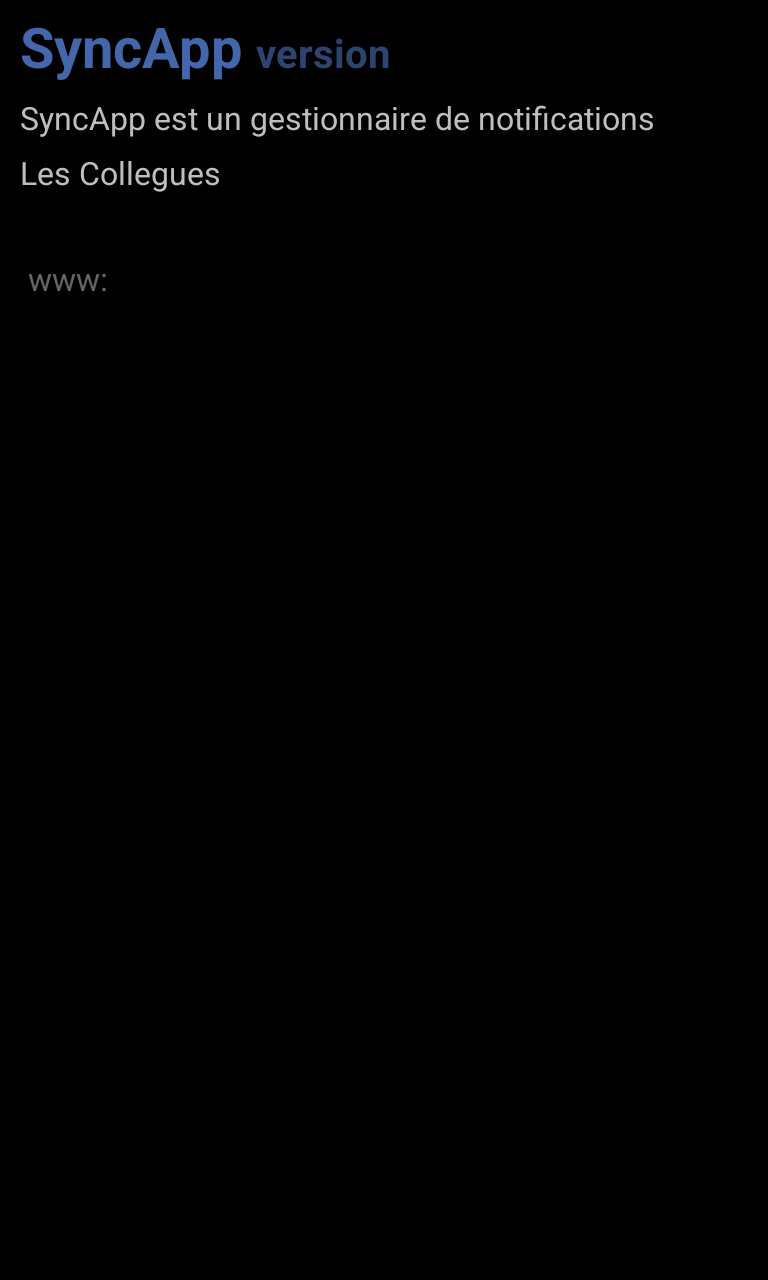
Repository: Projet-Reseau/Projet-Reseau
Layout: SyncApp/res/layout/about.xml
The author's editor kept a copy of each file at every save. The layout is drawn from the files as they stood at one save, then again after the next save.
It is drawn on a 768 x 1280 px phone screen (xhdpi) without system bars, with theme android:Theme.Black; the app's code is not run.

Above is the layout before, as saved 2012-10-03 18:59:40.

### SyncApp/res/layout/about.xml
<?xml version="1.0" encoding="utf-8" ?>
<LinearLayout xmlns:android="http://schemas.android.com/apk/res/android"
	android:id="@+id/llayAbout" android:orientation="vertical"
	android:layout_width="fill_parent" android:layout_height="wrap_content"
	android:paddingTop="4dp" android:paddingLeft="10dp" android:paddingRight="10dp">

	<LinearLayout xmlns:android="http://schemas.android.com/apk/res/android"
			android:layout_marginBottom="6dp"
 		  android:orientation="horizontal" android:layout_width="fill_parent" android:layout_height="wrap_content">
		<TextView android:layout_width="wrap_content" android:layout_height="wrap_content"
			android:textSize="28dp" android:textStyle="bold" android:textColor="#FF4466AA"
			android:layout_marginRight="6dp"
		  android:text="@string/app_name"/>
		<TextView android:layout_width="wrap_content" android:layout_height="wrap_content"
			android:textSize="20dp" android:textStyle="bold" android:textColor="#AA4466AA"
			android:layout_marginRight="6dp"
		  android:text="@string/app_versionstr"/>
		<TextView android:id="@+id/txtVersionLabel" android:layout_width="wrap_content" android:layout_height="wrap_content"
			android:textSize="20dp" android:textStyle="bold" android:textColor="#FFBF6000"
			android:layout_marginRight="6dp"
		  android:text=""/>
		<TextView android:layout_width="wrap_content" android:layout_height="wrap_content"
			android:textSize="20dp" android:textStyle="bold" android:textColor="#FF40A040"
			android:layout_marginRight="6dp"
		  android:text="@string/app_type"/>
	</LinearLayout>

	<LinearLayout xmlns:android="http://schemas.android.com/apk/res/android"
			android:layout_marginBottom="6dp"
 		  android:orientation="horizontal" android:layout_width="fill_parent" android:layout_height="wrap_content">
		<TextView android:id="@+id/txtViewAbout"
	  	android:layout_width="fill_parent"
	    android:layout_height="wrap_content"
			android:textSize="16dp"
	    android:text="@string/app_about"/>
	</LinearLayout>

	<LinearLayout xmlns:android="http://schemas.android.com/apk/res/android"
 		  android:orientation="horizontal" android:layout_width="fill_parent" android:layout_height="wrap_content">
		<TextView android:layout_width="wrap_content" android:layout_height="wrap_content"
			android:textSize="16dp"
		  android:text="@string/app_author"/>
	</LinearLayout>

	<LinearLayout xmlns:android="http://schemas.android.com/apk/res/android"
			android:layout_marginBottom="6dp"
 		  android:orientation="horizontal" android:layout_width="fill_parent" android:layout_height="wrap_content">
		<TextView android:layout_width="wrap_content" android:layout_height="wrap_content"
			android:textSize="16dp"
		  android:text="@string/app_authorcopy"/>
	</LinearLayout>

	<LinearLayout xmlns:android="http://schemas.android.com/apk/res/android"
			android:padding="4dp"
 		  android:orientation="horizontal" android:layout_width="fill_parent" android:layout_height="wrap_content">
		<TextView android:layout_width="wrap_content" android:layout_height="wrap_content"
			android:layout_marginRight="6dp"
			android:textSize="16dp"
			android:textColor="#FF666666"
		  android:text="@string/app_website"/>
		<TextView android:id="@+id/txtViewLinkWWW"
			android:layout_width="wrap_content" android:layout_height="wrap_content"
	    android:autoLink="web"
			android:textSize="16dp"
		  android:text="@string/app_author_www"/>
	</LinearLayout>

</LinearLayout>

### SyncApp/res/values/strings.xml
<?xml version="1.0" encoding="utf-8"?>
<resources>
    <string name="app_website">www:</string>
    <string name="app_email"></string>
    <string name="app_author">Les Collegues</string>
    <string name="app_authorcopy"></string>
    <string name="app_author_www"></string>
    <string name="app_name">SyncApp</string>
    <string name="app_versionstr">version</string>
    <string name="TimeZone">TimeZone</string>
    <string name="app_type"></string>
    <string name="app_about">SyncApp est un gestionnaire de notifications</string>
    <string name="actionNew">Nouveau</string>
    <string name="actionNewAppointment">Nouveau Rendez vous</string>
    <string name="actionNewTask">Nouvelle tache</string>
    <string name="actionNewNote">Nouvelle note</string>
    <string name="actionView">Vue</string>
    <string name="actionShowAllTasks">Afficher taches effectuees</string>
    <string name="actionOptions">Options</string>
    <string name="actionAbout">A propos</string>
    <string name="actionEditAppointment">Editer Rendez vous</string>
    <string name="btnSave">Sauver</string>
    <string name="btnDelete">Effacer</string>
    <string name="btnDone">Fait</string>
    <string name="titleDefaultAppointment">Rendez vous</string>
    <string name="titleNewAppointment">Nouveau Rendez vous</string>
    <string name="titleEditAppointment">Editer Rendez vous</string>
    <string name="titleDefaultTask">Tache</string>
    <string name="titleNewTask">Nouvelle tache</string>
    <string name="titleEditTask">Editer tache</string>
    <string name="titleDefaultNote">Note</string>
    <string name="titleNewNote">Nouvelle note</string>
    <string name="titleEditNote">Editer note</string>
    <string name="titleDefaultAbout">A propos</string>
    <string name="titleDefaultOptions">Options</string>
    <string name="titleDefaultAlarmDialog">Rappel</string>
    <string name="titleDefaultRepeat">Repeter</string>
    <string name="labAgendaViewType">Vue</string>
    <string name="labSubject">Sujet</string>
    <string name="labText">Texte</string>
    <string name="labStartDate">Date depart</string>
    <string name="labStartTime">Heure depart</string>
    <string name="labAlarm">Alarme</string>
    <string name="labDone">Fait</string>
    <string name="labPriority">priorite</string>
    <string name="labAllDay">journee</string>
    <string name="labRepeat">repeter</string>
    <string name="labDueDate">due</string>
    <string name="labSetTheTime">Regler l\'heure</string>
    <string name="labNoTime">rien</string>
    <string name="labNoDate">rien</string>
    <string name="labNoEndDate">no end date</string>
    <string name="labEvery">every</string>
    <string name="labEndOn">end</string>
    <string name="lab24HourMode">mode 24 heure</string>
    <string name="errCantOpenDb">ne peut ouvrir BDD</string>
    <string name="errNoDbAccess">pas d\'acces BDD</string>
    <string name="errCantCreateTable">ne peut creer table</string>
    <string name="errTableNotExists">table n\'existe pas</string>
    <string name="infoEnterAllRequiredData">Entrez toutes les infos</string>
    <string name="infoEnterValidDate">Date incorrecte </string>
    <string name="msgTypeInfo">Information</string>
    <string name="msgTypeWarning">attention</string>
    <string name="msgTypeError">Erreur</string>
    <string name="msgBoxButtonOk">OK</string>
    <string name="errCantInsertNewData">Cant insert new data to database</string>
    <string name="errCantUpdateData">Cant update row values in database</string>
    <string name="errUnknown">Undefined database error</string>
    <string name="errCantGetDataFromTable">Cant get data from table</string>
    <string name="errCantFindData">Cant find data</string>
    <string name="errCantGetData">Cant get data</string>
    <string name="errCantDeleteData">Cant delete row values from database</string>
    <string name="errCantSetValuesForDataRow">Cant set values for data row</string>
    <string name="errCantGetValuesFromDataRow">Cant get values from data row</string>
    <string name="errCantSaveOptions">Cant save options values</string>
    <string name="labTodayItemAppointments">Appointments</string>
    <string name="labTodayItemTasks">Tasks</string>
    <string name="labTodayItemNotes">Notes</string>
    <string name="labTodayItemNone">none</string>
    <string name="labWeek">W:</string>

    <string name="labSelectViewDay">Day</string>
    <string name="labSelectViewWeek">Week</string>
    <string name="labSelectViewMonth">Month</string>

    <string name="labSelectItemPrev">prev</string>
    <string name="labSelectItemToday">today</string>
    <string name="labSelectItemNext">next</string>
    <string name="labFirstDayOfWeek">First day of week</string>

    <string name="msgDayOverdue">yesterday</string>
    <string name="msgDaysOverdue">days ago</string>

		<string name="msgYouHaveASTS" formatted="false">You have %d appointment(s)\n..and %d task(s)</string>
		<string name="msgYouHaveTS">You have %d task(s)</string>
		<string name="msgYouHaveAS">You have %d appointment(s)</string>
		<string name="msgYouHaveNoASTS">List is empty</string>

		<string name="msgASTS" formatted="false">%d appt(s) / %d task(s)..</string>
		<string name="msgTS">%d task(s)..</string>
		<string name="msgAS">%d appointment(s)..</string>

		<string name="strReminder">Reminder</string>

		<string name="labReminderClear">Clear</string>
		<string name="labReminderSnooze">Snooze</string>
		<string name="labReminderOpen">Open</string>
		<string name="labViewToday">Today</string>
		<string name="labViewDay">Day</string>
		<string name="labViewWeek">Week</string>
		<string name="labViewMonth">Month</string>

		<!-- REPEAT TYPE -->
		<string name="strRepeatTypeNone">none</string>
		<string name="strRepeatTypeDaily">daily</string>
		<string name="strRepeatTypeWeekly">weekly</string>
		<string name="strRepeatTypeMonthly">monthly</string>
		<string name="strRepeatTypeYearly">yearly</string>
		<string name="strRepeatTypeLabel">Select</string>

		<!-- REPEAT INFO -->
		<string name="strRepeatInfoUntil">until</string>
		<string name="strRepeatInfoDaily" formatted="false">every %d day(s)%s</string>
		<string name="strRepeatInfoWeekly" formatted="false">every %d week(s)%s</string>
		<string name="strRepeatInfoMonthly" formatted="false">every %d month(s)%s</string>
		<string name="strRepeatInfoYearly">every year%s</string>

		<!-- TASK PRIORITY -->
		<string name="strTaskPriorityLow">faible</string>
		<string name="strTaskPriorityDefault">defaut</string>
		<string name="strTaskPriorityHigh">haute</string>

		<string name="strSnoozeMinutes">Snooze alarm for (minutes)</string>
		<string name="strSnoozeTimes">Clear snoozed alarm after (times)</string>

		<!-- DATE WIDGET -->
		<string name="strDateWidgetSelect">Select day</string>
		<string name="strDateWidgetSelected">Selected day:</string>
		<string name="strDateWidgetNone">none</string>

		<!-- TIME WIDGET -->
		<string name="strTimeWidgetSelect">Select time</string>
		<string name="strTimeWidgetNone">none</string>
		<string name="strTimeWidgetSet">set</string>

</resources>

After the next save:
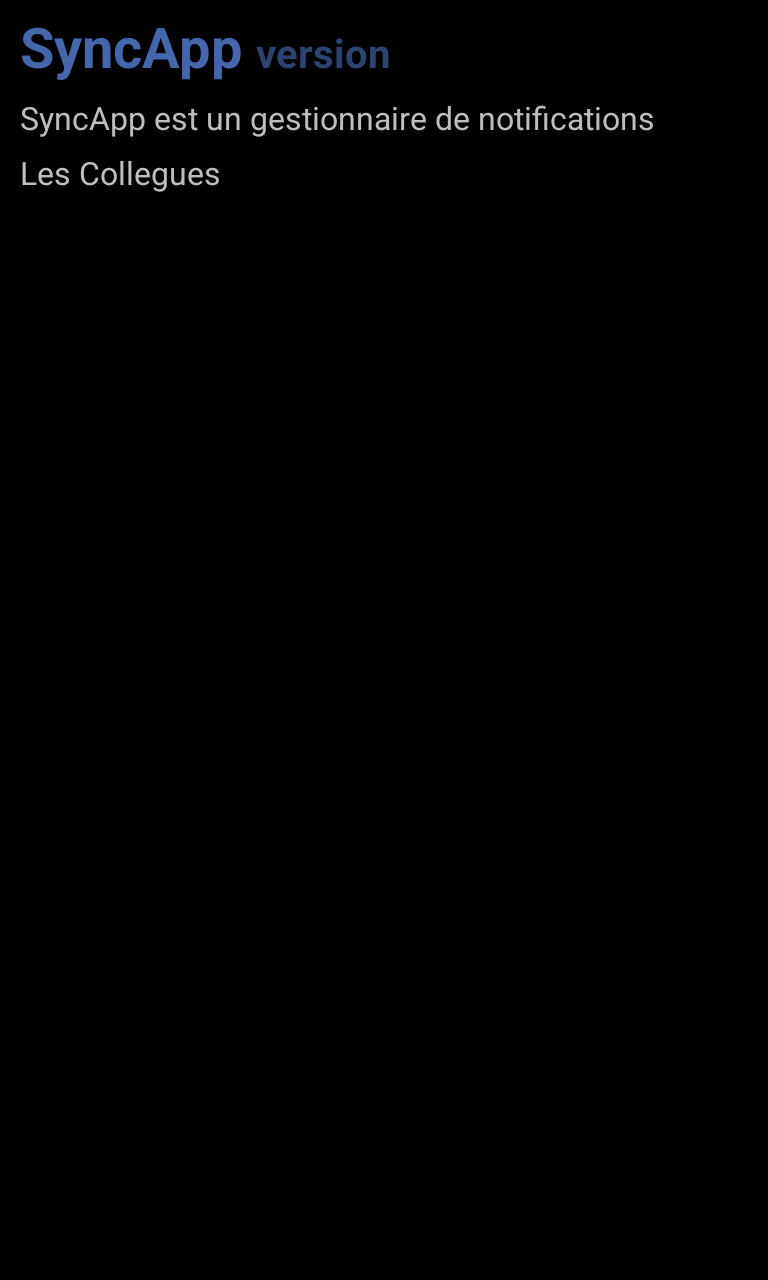
Saved 2 min 45 s later.
--- a/SyncApp/res/layout/about.xml
+++ b/SyncApp/res/layout/about.xml
@@ -53,11 +53,7 @@
 	<LinearLayout xmlns:android="http://schemas.android.com/apk/res/android"
 			android:padding="4dp"
  		  android:orientation="horizontal" android:layout_width="fill_parent" android:layout_height="wrap_content">
-		<TextView android:layout_width="wrap_content" android:layout_height="wrap_content"
-			android:layout_marginRight="6dp"
-			android:textSize="16dp"
-			android:textColor="#FF666666"
-		  android:text="@string/app_website"/>
+
 		<TextView android:id="@+id/txtViewLinkWWW"
 			android:layout_width="wrap_content" android:layout_height="wrap_content"
 	    android:autoLink="web"
